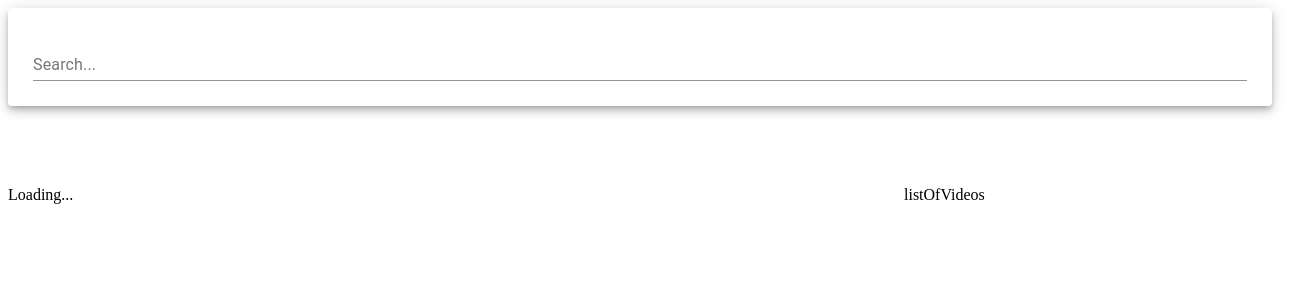
Repository: Vickydew1/YouTube_Clone
Page: /
An editor plug-in stored every save of this project. The page is shown before and after the next save, followed by the edit.
The browser window is 1280 px wide. The page is 1312 px wide, so the pictures cover 1312 px, including what lies to the right of the window. The pictures show the whole page.
The project was rebuilt for these pictures with package versions that can differ from the ones it lists, and the page was loaded fresh each time. Also part of the build but not shown: src/components/VideoItem.js.

Above is the page before, as saved 2022-03-03 08:21:07.

After the next save:
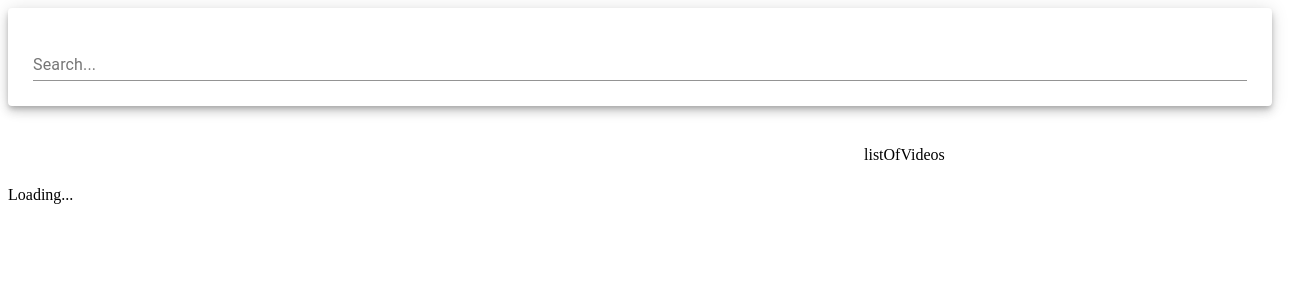
Saved 54 s later.
--- a/src/components/VideoList.js
+++ b/src/components/VideoList.js
@@ -8,7 +8,11 @@ const VideoList = ({ videos }) => {
     <VideoItem key={id} video={video} />
   ));
 
-  return <Grid> listOfVideos</Grid>;
+  return (
+    <Grid container spacing={10}>
+      listOfVideos
+    </Grid>
+  );
 };
 
 export default VideoList;
